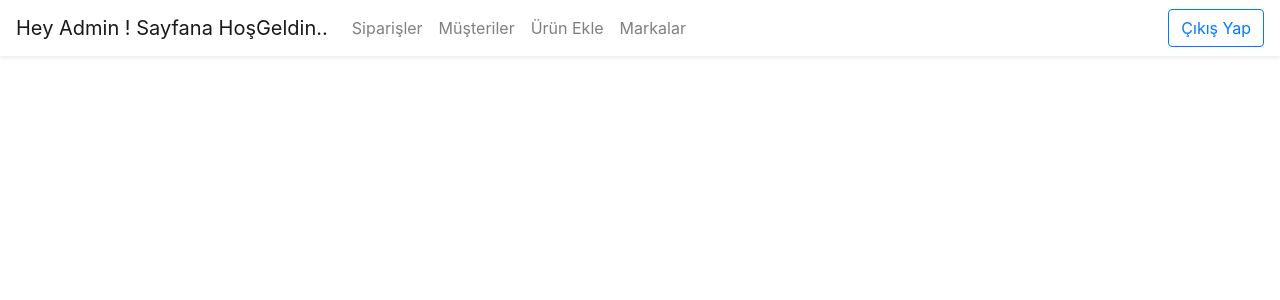
Repository: NergisAktug/E-Commerce-PythonWithFlask-Sqlite3
Page: http://localhost/Markalar
An editor plug-in stored every save of this project. The page is shown before and after the next save, followed by the edit.
The browser window is 1280 px wide. The pictures show the whole page.
Some web libraries are served in a nearby version. The page is served by the project's application, run on Flask 3 (app.py).

Above is the page before, as saved 2018-12-08 17:58:54.

After the next save:
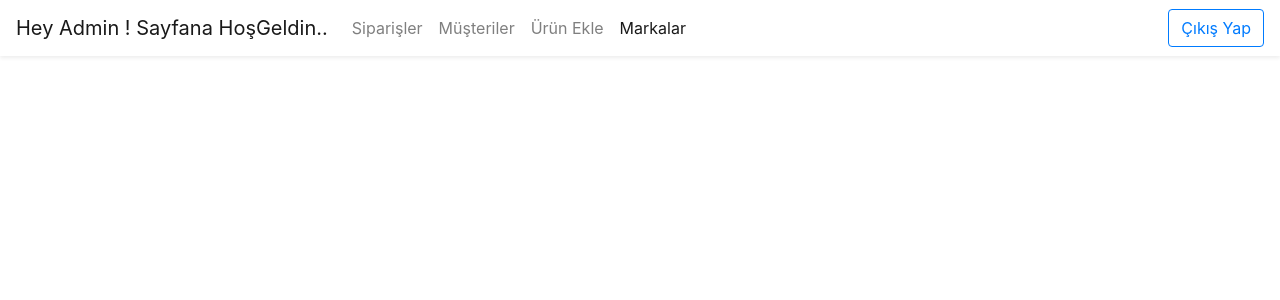
Saved 7 s later.
--- a/templates/marka.html
+++ b/templates/marka.html
@@ -29,7 +29,7 @@
                      </li>
 
                      <li class="nav-item">
-                        <a href="#" class="nav-link">Markalar</a>
+                        <a href="#" class="nav-link active">Markalar</a>
                      </li>
                 </ul>
                 <ul class="navbar-nav">
